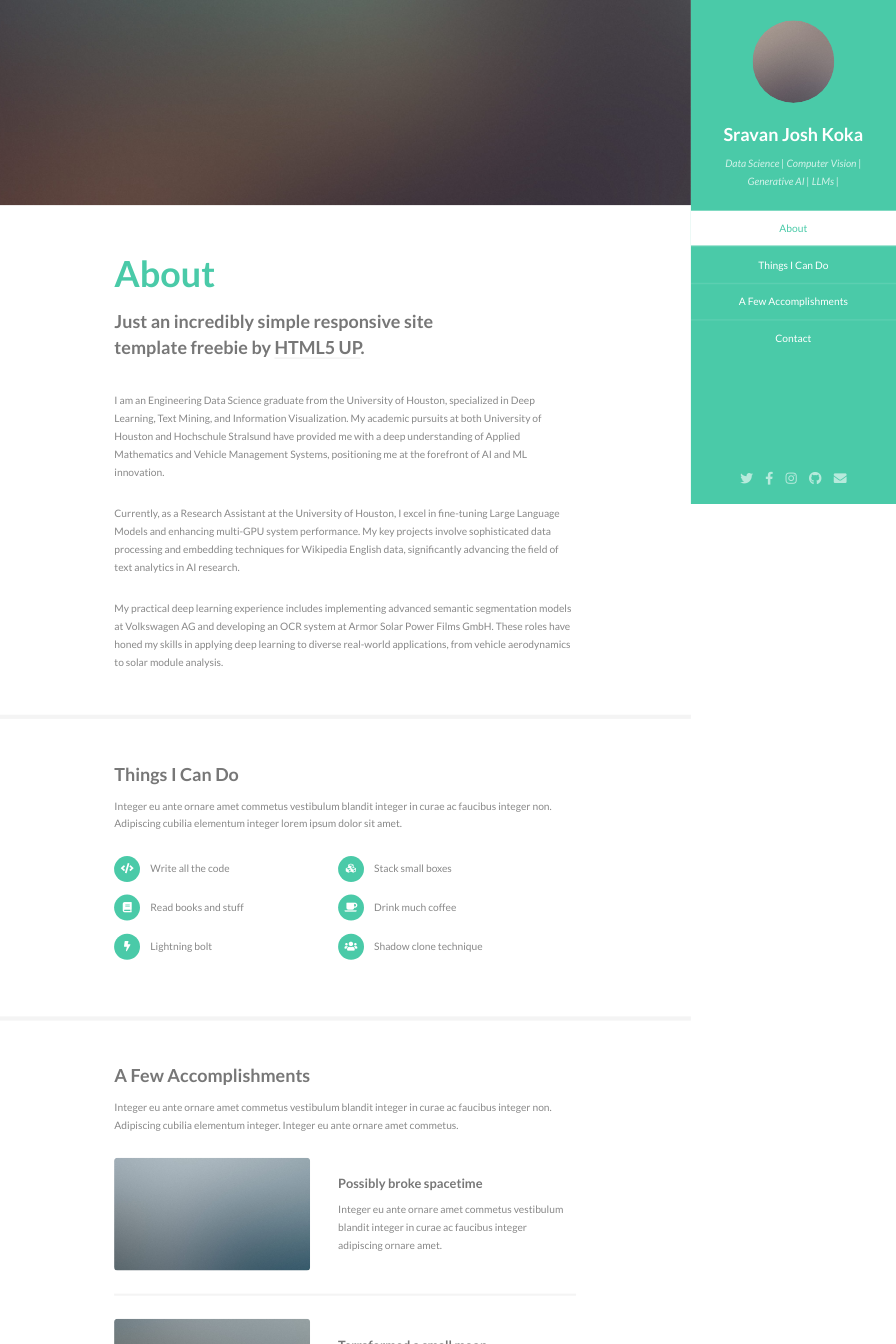
Repository: sravanjosh07/my_portfolio
Page: index.html
These files come from the project's save history. The page is drawn as it stood at one moment and after the next save; the edit follows.
The browser window is 1280 px wide. The pictures show the part of the page from y = 0 to 1920 px (the page is 3106 px tall before and 3005 px after), at 70% of full size.

Above is the page before, as saved 2023-12-26 13:46:09.

After the next save:
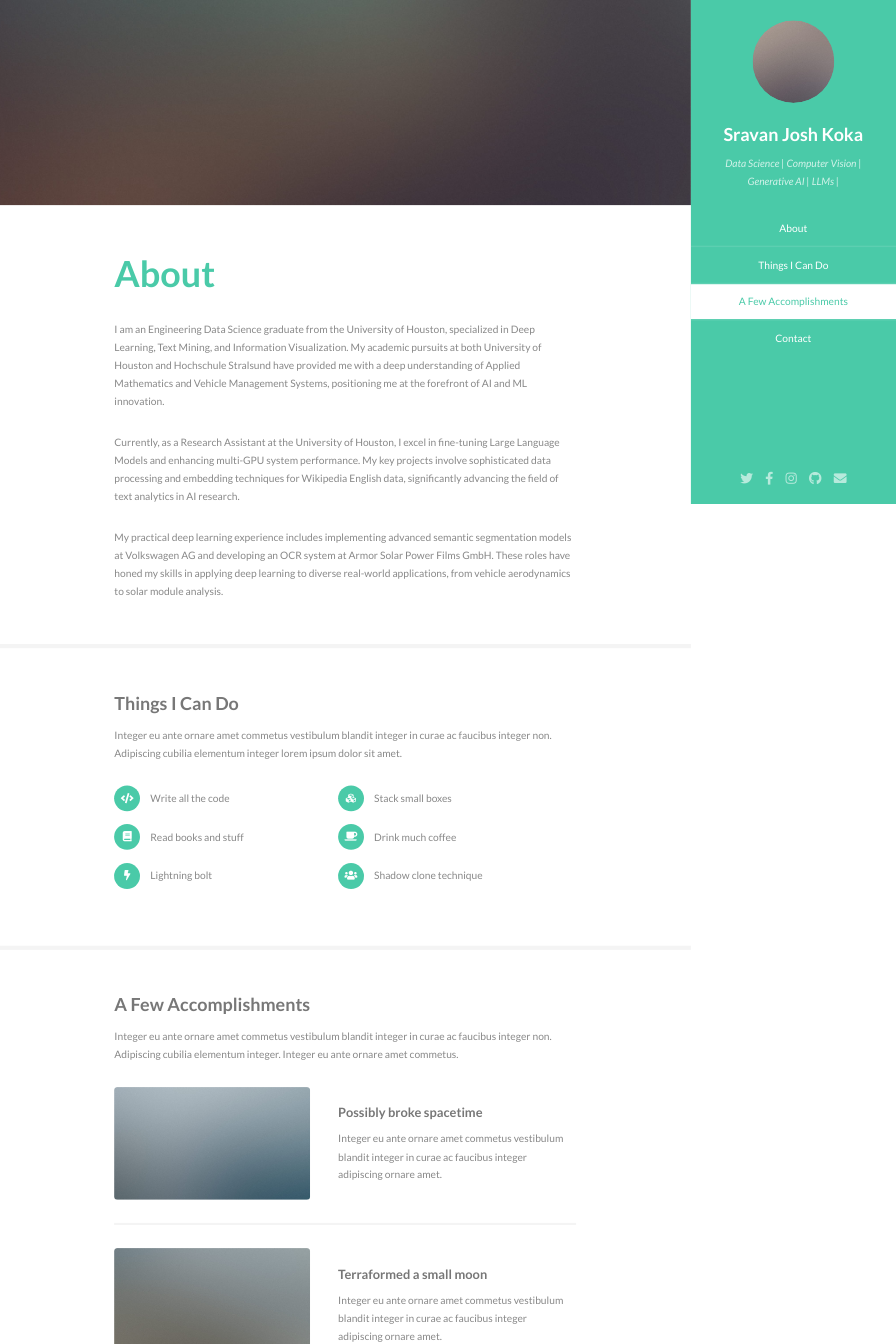
Saved 41 s later.
--- a/index.html
+++ b/index.html
@@ -54,8 +54,8 @@
 								<div class="container">
 									<header class="major">
 										<h2>About </h2>
-										<p>Just an incredibly simple responsive site<br />
-										template freebie by <a href="http://html5up.net">HTML5 UP</a>.</p>
+										<!-- <p>Just an incredibly simple responsive site<br />
+										template freebie by <a href="http://html5up.net">HTML5 UP</a>.</p> -->
 									</header>
 									<p>
 										I am an Engineering Data Science graduate from the University of Houston, specialized in Deep Learning, Text Mining, and Information Visualization.
